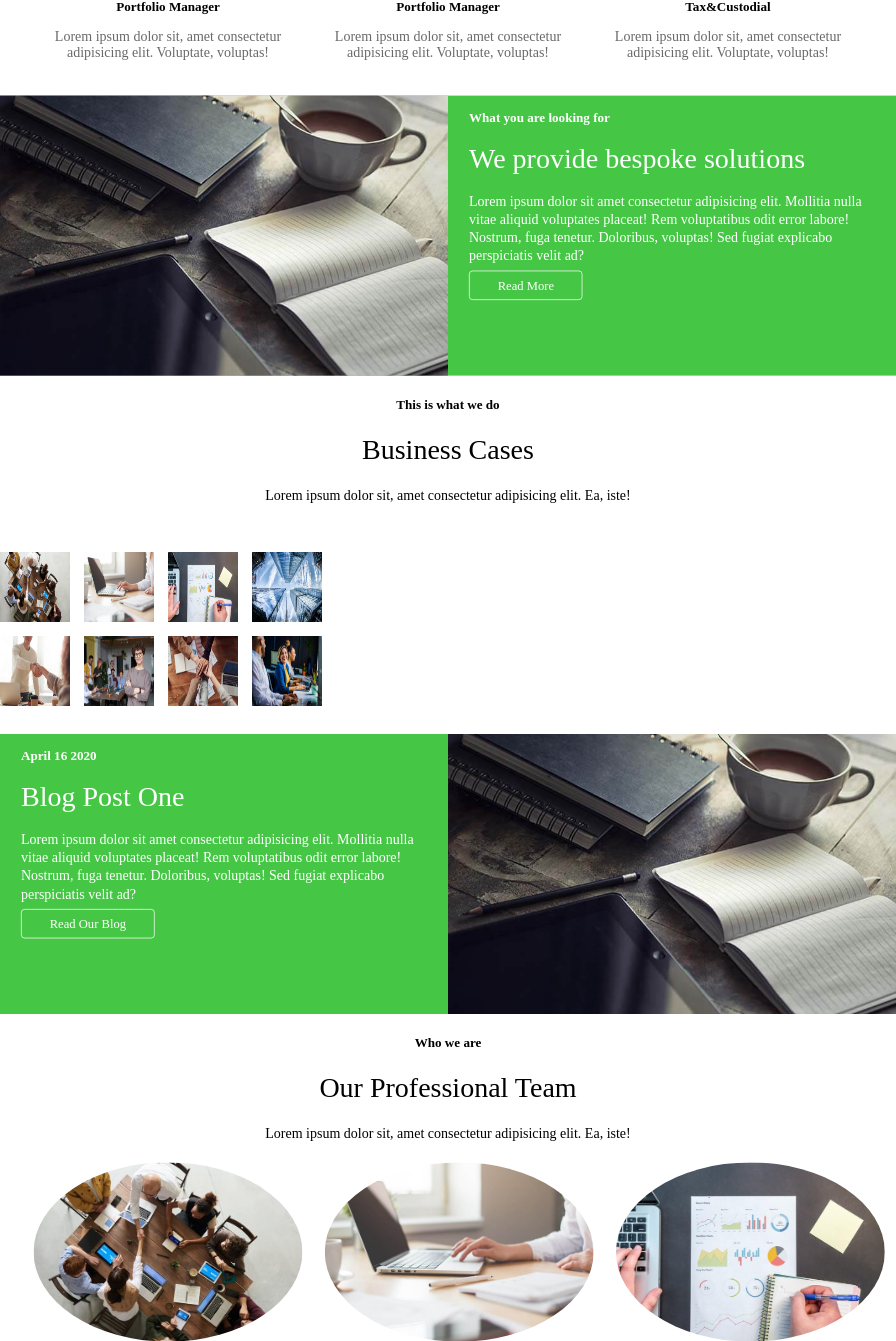
Repository: reemoon-ctrl/swiftdisk-Website-Flexbox
Page: index.html
An editor plug-in stored every save of this project. The page is shown before and after the next save, followed by the edit.
The browser window is 1280 px wide. The pictures show the part of the page from y = 862 to 2782 px (the page is 2778 px tall before and 2782 px after), at 70% of full size.

Above is the page before, as saved 2024-07-27 10:11:12.

### index.html
<!DOCTYPE html>
<html lang="en">
<head>
    <meta charset="UTF-8">
    <meta name="viewport" content="width=device-width, initial-scale=1.0">
    <title>
        Swift Desk
    </title>
    <link rel="stylesheet" href="https://cdnjs.cloudflare.com/ajax/libs/font-awesome/6.0.0-beta3/css/all.min.css">

    <link rel="stylesheet" href="index.css">
</head>
<body>
    <div class="show-case">
        <header>
            <div class="nav-bar">
                <div class="title-bar">
                    <i class="fas fa-desktop fa-2x" style="color: rgb(37, 187, 37)"></i>
                    <h1 class="title"><span class="fword"> Swift</span>Desk</h1>
                </div>
                <div class="link-bar">
                    <a href="">Home</a>
                    <a href="#about">About</a>
                    <a href="">Cases</a>
                    <a href="">Blog</a>
                    <a href="">Contact</a>
                </div>
            </div>
        </header>
        <header class="hd-content">
            <h1>The Sky Is The Limit</h1>
            <p>We provide world class financial assistance
            </p>
            <a href="">>Read More</a>

        </header>

    </div>
    <main>
        <div class="about-section">
            <ul id="about"class="about-srvice" >
                <li><i class="fas fa-university " ></i>
                    <h3>Portfolio Manager</h3>
                    <p>Lorem ipsum dolor sit, amet consectetur adipisicing elit. Voluptate, voluptas!</p>
                </li>
                <li><i class="fas fa-book-open-reader " ></i>
                    <h3>Portfolio Manager</h3>
                    <p>Lorem ipsum dolor sit, amet consectetur adipisicing elit. Voluptate, voluptas!</p></li>
                <li><i class="fas fa-pen-fancy " ></i>
                    <h3>Tax&Custodial</h3>
                    <p>Lorem ipsum dolor sit, amet consectetur adipisicing elit. Voluptate, voluptas!</p></li>
            </ul>
        </div>
        <div>
            <div class="solutions">
                <div class="img"></div>
                <div class="solution-content">
                    <h3>What you are looking for</h3>
                    <h2>We provide bespoke solutions</h2>
                    <p>Lorem ipsum dolor sit amet consectetur
                        adipisicing elit. Mollitia nulla vitae aliquid voluptates placeat! Rem voluptatibus odit error labore! Nostrum, fuga tenetur. Doloribus, voluptas! Sed
                        fugiat explicabo perspiciatis velit ad?</p>
                    <a href="index.html">Read More</a>
                 </div>
            </div>
        </div>
        <div class="Business-case">
            <div class="Business-case-content">
                <h3>This is what we do</h3>
                <h2>Business Cases</h2>
                <p>Lorem ipsum dolor sit, amet consectetur
                     adipisicing elit. Ea, iste!</p>
            </div>
            <div class="BC-image">
                <img class="BCimg BCimg1" src="/img/cases/cases1.jpg" alt="">
                <img  class="BCimg BCimg2" src="/img/cases/cases2.jpg" alt="">
                <img class="BCimg BCimg3" src="/img/cases/cases3.jpg" alt="">
                <img class="BCimg BCimg4" src="/img/cases/cases4.jpg" alt="">
                <img class="BCimg BCimg5" src="/img/cases/cases5.jpg" alt="">
                <img class="BCimg BCimg6" src="/img/cases/cases6.jpg" alt="">
                <img class="BCimg BCimg7" src="/img/cases/cases7.jpg" alt="">
                <img class="BCimg BCimg8" src="/img/cases/cases8.jpg" alt="">
            </div>
        </div>

        <div>
            <div class="blog">
                <div class="img"></div>
                <div class="blog-content">
                    <h3>April 16 2020</h3>
                    <h2>Blog Post One</h2>
                    <p>Lorem ipsum dolor sit amet consectetur
                        adipisicing elit. Mollitia nulla vitae aliquid voluptates placeat! Rem voluptatibus odit error labore! Nostrum, fuga tenetur. Doloribus, voluptas! Sed
                        fugiat explicabo perspiciatis velit ad?</p>
                    <a href="index.html">Read Our Blog</a>
                 </div>
            </div>
        </div>
        <div class="Business-case">
            <div class="Business-case-content">
                <h3>Who we are</h3>
                <h2>Our Professional Team</h2>
                <p>Lorem ipsum dolor sit, amet consectetur
                     adipisicing elit. Ea, iste!</p>
            </div>
            <div class="team-image">
                <p></p><img class="tmimg tm-img1" src="/img/cases/cases1.jpg" alt="">
                <img  class="tmimg tm-img2" src="/img/cases/cases2.jpg" alt="">
                <img class="tmimg tm-img3" src="/img/cases/cases3.jpg" alt="">

            </div>
        </div>

    </main>


</body>
</html>

### index.css
*{
    box-sizing: border-box;
    margin: 0;
    padding: 0;
}
body{

}
.nav-bar{
    display: flex;
    justify-content:space-between ;
    padding: 10px 20px;
    color:#fff;




}
.title-bar{
    align-items: center;
    flex-grow: 1;
    display: flex;
    gap:.5rem;


}
.title-bar h1{
    display:inline-block;
    font-size:2.5rem;
    font-weight: 400;
}

.link-bar{

    /* flex-grow:1 ; */
    align-self: center;
    display: flex;
}
.link-bar a{
    padding: 10px 20px;
    color:#fff;
    text-decoration: none;


}
.link-bar a:hover{
    border-bottom: 1px #25bb25 solid;
}
.fword{
    color:#25bb25;
}
.show-case{
   height:100vh;
   text-align: center;
   color:#fff;

   background:  url('img/home/showcase.jpg') no-repeat center center/cover ;
}
.hd-content{
    padding-top: 18rem;
}
.hd-content h1{
    font-size: 3rem;
}
.hd-content p{
    font-size: 1.5rem;
    padding-top: .8rem;
    padding-bottom: .8rem;
}
.hd-content a{
    color: #fff;
    background:#45c745 ;
    padding: 10px 30px;
    border-radius: 5px;
    text-decoration: none;
    text-align: center;
}
.about-section ul{
    display: flex;
    list-style: none;
    gap: 20px;

}
.about-srvice{
    padding: 50px ;
}
.about-srvice li{
    text-align: center;
}
.about-srvice li i{
    background-color: rgb(69, 199, 69);
    color:#fff;
    width:70px;
    height: 70px;
    border-radius: 70px;
    font-size: 40px;
    padding-top:15px ;


}
.about-srvice li h3{
    padding-top: 20px;
}
.about-srvice li p{
    padding-top: 20px;
    font-size: 20px;
    color: dimgrey;
}

.solutions{
    display:flex;
    background: #45c745;

}
.img{
    width:50%;
    background: url('/img/home/people.jpg') center center/cover no-repeat;

}
.solution-content{
    color:#fff;
    padding:20px 30px;
}
.solution-content{
    height:25rem;
    width: 50%;
}
.solution-content h2{
    font-size: 40px;
    font-weight: 500;
    padding: 1.5rem 0px;
}
.solution-content p{
    font-size: 20px;
    line-height: 1.3;
    margin-bottom: 20px;
}
.solution-content a{
    padding: 10px 40px;
    border: 1px solid;
    color:#fff;
    text-decoration: none;
    border-radius: 5px;
    font-size: 18px;

}
.Business-case{
    width: 100vw;
}
.Business-case-content{
    text-align: center;
    padding-left: 30px;
    padding-right: 30px;
}
.Business-case-content h3{
    padding: 30px 0px;
}
.Business-case-content h2{
   padding-bottom: 30px;
    font-size: 40px;
    font-weight: 500;
}
.Business-case-content p{
    padding-bottom: 30px;
    font-size: 20px;
}
.BC-image{
    display: grid;
    grid-template-columns:100px 100px 100px 100px ;
   gap: 20px;
   padding: 40px 0px;
}
.BCimg{
    width: 100px;
    height:100px;

}
/* //////////////////////////////////// */
.blog{
    display:flex;
    background: #45c745;
    flex-direction: row-reverse;

}
.img{
    width:50%;
    background: url('/img/home/blog.jpg') center center/cover no-repeat;

}
.blog-content{
    color:#fff;
    padding:20px 30px;
}
.blog-content{
    height:25rem;
    width: 50%;
}
.blog-content h2{
    font-size: 40px;
    font-weight: 500;
    padding: 1.5rem 0px;
}
.blog-content p{
    font-size: 20px;
    line-height: 1.3;
    margin-bottom: 20px;
}
.blog-content a{
    padding: 10px 40px;
    border: 1px solid;
    color:#fff;
    text-decoration: none;
    border-radius: 5px;
    font-size: 18px;

}
.team-image{
    display: flex;
    justify-content: space-around;
    width: 100vw;

}
.tmimg{
    width: 30%;
    height:15%px;
    border-radius: 50%;

}

After the next save:
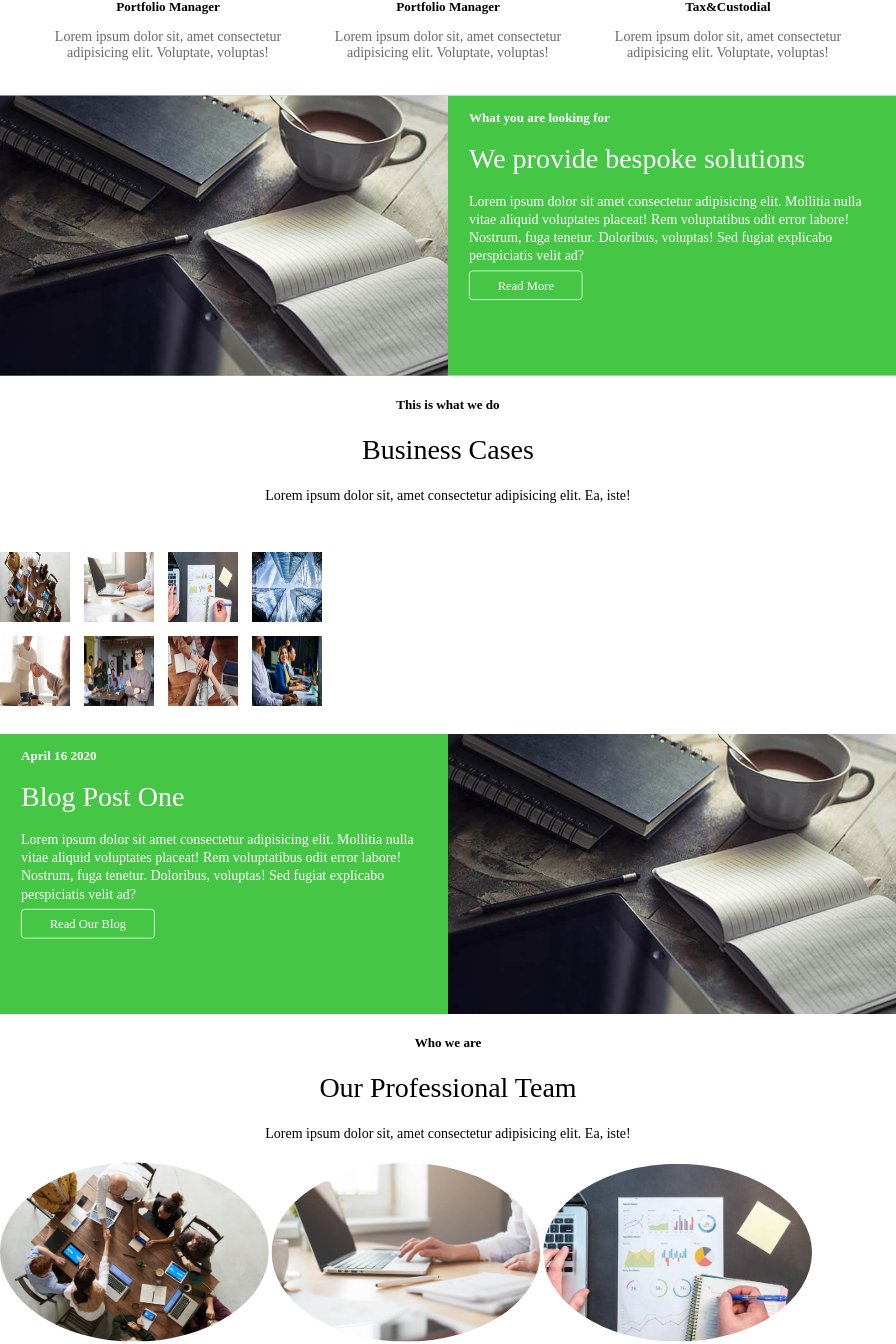
Saved 5 s later.
--- a/index.html
+++ b/index.html
@@ -104,7 +104,7 @@
                      adipisicing elit. Ea, iste!</p>
             </div>
             <div class="team-image">
-                <p></p><img class="tmimg tm-img1" src="/img/cases/cases1.jpg" alt="">
+                <p><img class="tmimg tm-img1" src="/img/cases/cases1.jpg" alt="">
                 <img  class="tmimg tm-img2" src="/img/cases/cases2.jpg" alt="">
                 <img class="tmimg tm-img3" src="/img/cases/cases3.jpg" alt="">
 
